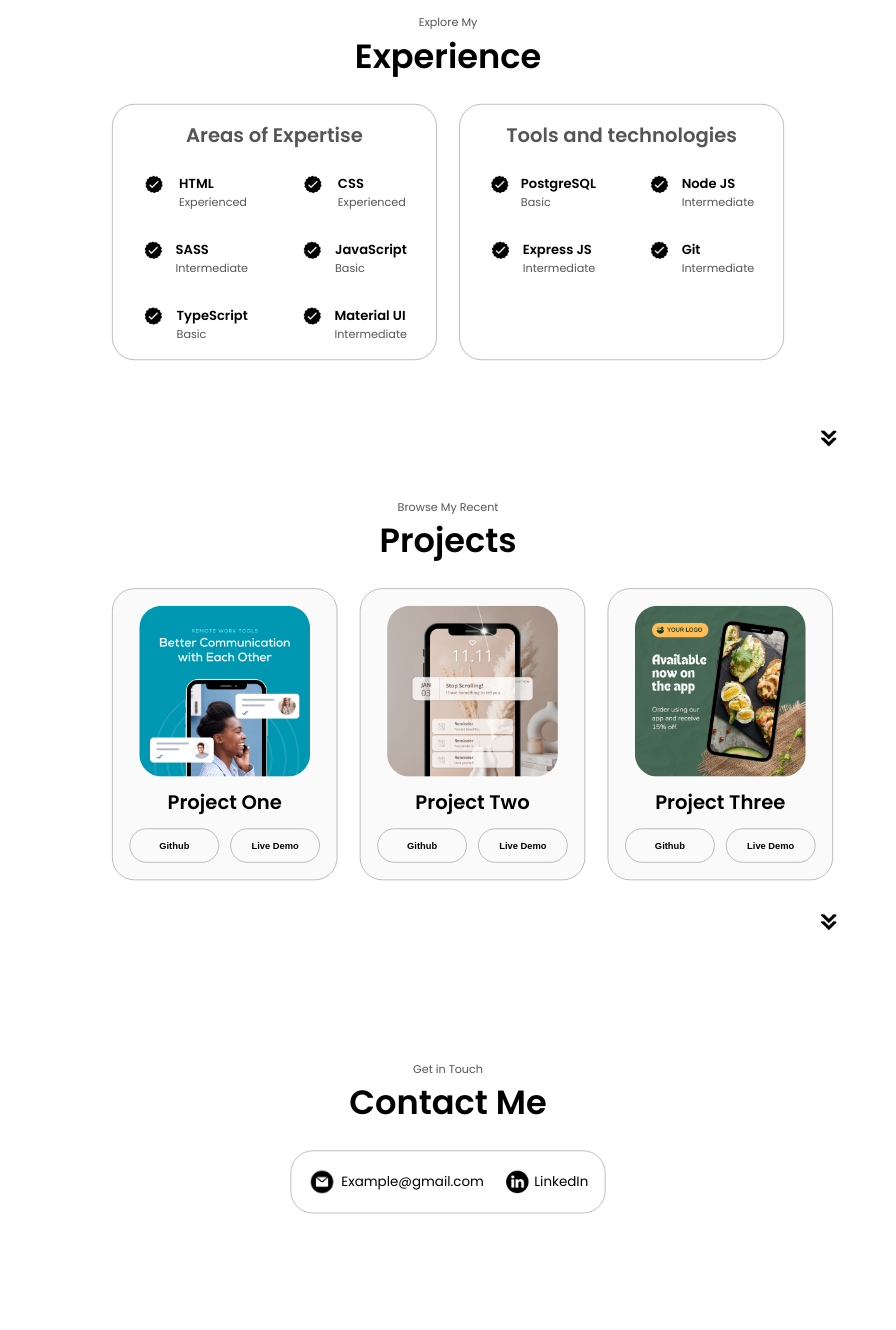
Repository: APersonalVoyage/APersonalVoyage.github.io
Page: index.html
The author's editor kept a copy of each file at every save. The page is drawn from the files as they stood at one save, then again after the next save.
The browser window is 1280 px wide. The pictures show the part of the page from y = 1399 to 3299 px (the page is 3463 px tall), at 70% of full size.
A picture or video elsewhere on the page could not be fetched, so the positions and the page height are approximate.

Above is the page before, as saved 2023-08-24 11:59:03.

### index.html
<!DOCTYPE html>
<html lang="en">
  <head>
    <meta charset="UTF-8" />
    <meta http-equiv="X-UA-Compatible" content="IE=edge" />
    <meta name="viewport" content="width=device-width, initial-scale=1.0" />
    <title>My Portfolio</title>
    <link rel="stylesheet" href="style.css" />
    <link rel="stylesheet" href="mediaqueries.css" />
  </head>
  <body>
    <nav id="desktop-nav">
      <div class="logo">Abhishek Karkola</div>
      <div>
        <ul class="nav-links">
          <li><a href="#about">About</a></li>
          <li><a href="#experience">Experience</a></li>
          <li><a href="#projects">Projects</a></li>
          <li><a href="#contact">Contact</a></li>
        </ul>
      </div>
    </nav>
    <nav id="hamburger-nav">
      <div class="logo">Abhishek Karkola</div>
      <div class="hamburger-menu">
        <div class="hamburger-icon" onclick="toggleMenu()">
          <span></span>
          <span></span>
          <span></span>
        </div>
        <div class="menu-links">
          <li><a href="#about" onclick="toggleMenu()">About</a></li>
          <li><a href="#experience" onclick="toggleMenu()">Experience</a></li>
          <li><a href="#projects" onclick="toggleMenu()">Projects</a></li>
          <li><a href="#contact" onclick="toggleMenu()">Contact</a></li>
        </div>
      </div>
    </nav>
    <section id = "profile">
        <div class="section__pic-container">
            <img src="./assets/Photo.jpeg" alt="profile" class="section__pic">
        </div>
        <div class= "section_text">
            <p class="section__text__p1">Hello, I'm</p>
        <h1 class="title">Abhishek Karkola</h1>
        <p class="section__text__p2">Gravitational Wave Physicist</p>
        <div class="btn-container">
            <button
              class="btn btn-color-2"
              onclick="window.open('./assets/Abhishek_Academic_CV.pdf')"
            >
              Download CV
            </button>
            <button class="btn btn-color-1" onclick="location.href='./#contact'">
              Contact Info
            </button>
          </div>
          <div id="socials-container">
            <img
            src="./assets/linkedin.png"
            alt="My LinkedIn profile"
            class="icon"
            onclick="location.href='https://linkedin.com/'"
          />
          <img
            src="./assets/github.png"
            alt="My Github profile"
            class="icon"
            onclick="location.href='https://github.com/'"
          />
        </div>
      </div>
          </div>

        </div>
    </section>
    <section id="about">
        <p class="section__text__p1">Get To Know More</p>
        <h1 class="title">About Me</h1>
        <div class="section-container">
          <div class="section__pic-container">
            <img
              src="./assets/Profile_Pic2.JPG"
              alt="Profile picture"
              class="about-pic"
            />
          </div>
          <div class="about-details-container">
            <div class="about-containers">
              <div class="details-container">
                <img
                  src="./assets/experience.png"
                  alt="Experience icon"
                  class="icon"
                />
                <h3>Experience</h3>
                <p>1+ years <br />Research Intern</p>
              </div>
              <div class="details-container">
                <img
                  src="./assets/education.png"
                  alt="Education icon"
                  class="icon"
                />
                <h3>Education</h3>
                <p>B.E. Electronics<br />M.Sc. GW Physics</p>
              </div>
            </div>
            <div class="text-container">
              <p>
                I hold a Masters degree in Gravitational Wave Physics from Cardiff University, where my academic journey led me to explore the captivating realms of cosmology, advanced general relativity, and numerical relativity. Prior to this, I earned a Bachelors degree in Electronics and Communication Engineering, where I developed a solid foundation in the intricate world of electronic systems and communication technologies
              </p>
            </div>
          </div>
        </div>
        <img
          src="./assets/arrow.png"
          alt="Arrow icon"
          class="icon arrow"
          onclick="location.href='./#experience'"
        />
    </section>
</section>
<section id="experience">
  <p class="section__text__p1">Explore My</p>
  <h1 class="title">Experience</h1>
  <div class="experience-details-container">
    <div class="about-containers">
      <div class="details-container">
        <h2 class="experience-sub-title">Areas of Expertise</h2>
        <div class="article-container">
          <article>
            <img
              src="./assets/checkmark.png"
              alt="Experience icon"
              class="icon"
            />
            <div>
              <h3>HTML</h3>
              <p>Experienced</p>
            </div>
          </article>
          <article>
            <img
              src="./assets/checkmark.png"
              alt="Experience icon"
              class="icon"
            />
            <div>
              <h3>CSS</h3>
              <p>Experienced</p>
            </div>
          </article>
          <article>
            <img
              src="./assets/checkmark.png"
              alt="Experience icon"
              class="icon"
            />
            <div>
              <h3>SASS</h3>
              <p>Intermediate</p>
            </div>
          </article>
          <article>
            <img
              src="./assets/checkmark.png"
              alt="Experience icon"
              class="icon"
            />
            <div>
              <h3>JavaScript</h3>
              <p>Basic</p>
            </div>
          </article>
          <article>
            <img
              src="./assets/checkmark.png"
              alt="Experience icon"
              class="icon"
            />
            <div>
              <h3>TypeScript</h3>
              <p>Basic</p>
            </div>
          </article>
          <article>
            <img
              src="./assets/checkmark.png"
              alt="Experience icon"
              class="icon"
            />
            <div>
              <h3>Material UI</h3>
              <p>Intermediate</p>
            </div>
          </article>
        </div>
      </div>
      <div class="details-container">
        <h2 class="experience-sub-title">Tools and technologies</h2>
        <div class="article-container">
          <article>
            <img
              src="./assets/checkmark.png"
              alt="Experience icon"
              class="icon"
            />
            <div>
              <h3>PostgreSQL</h3>
              <p>Basic</p>
            </div>
          </article>
          <article>
            <img
              src="./assets/checkmark.png"
              alt="Experience icon"
              class="icon"
            />
            <div>
              <h3>Node JS</h3>
              <p>Intermediate</p>
            </div>
          </article>
          <article>
            <img
              src="./assets/checkmark.png"
              alt="Experience icon"
              class="icon"
            />
            <div>
              <h3>Express JS</h3>
              <p>Intermediate</p>
            </div>
          </article>
          <article>
            <img
              src="./assets/checkmark.png"
              alt="Experience icon"
              class="icon"
            />
            <div>
              <h3>Git</h3>
              <p>Intermediate</p>
            </div>
          </article>
        </div>
      </div>
    </div>
  </div>
  <img
    src="./assets/arrow.png"
    alt="Arrow icon"
    class="icon arrow"
    onclick="location.href='./#projects'"
  />
</section>
<section id="projects">
    <p class="section__text__p1">Browse My Recent</p>
    <h1 class="title">Projects</h1>
    <div class="experience-details-container">
      <div class="about-containers">
        <div class="details-container color-container">
          <div class="article-container">
            <img
              src="./assets/project-1.png"
              alt="Project 1"
              class="project-img"
            />
          </div>
          <h2 class="experience-sub-title project-title">Project One</h2>
          <div class="btn-container">
            <button
              class="btn btn-color-2 project-btn"
              onclick="location.href='https://github.com/'"
            >
              Github
            </button>
            <button
              class="btn btn-color-2 project-btn"
              onclick="location.href='https://github.com/'"
            >
              Live Demo
            </button>
          </div>
        </div>
        <div class="details-container color-container">
          <div class="article-container">
            <img
              src="./assets/project-2.png"
              alt="Project 2"
              class="project-img"
            />
          </div>
          <h2 class="experience-sub-title project-title">Project Two</h2>
          <div class="btn-container">
            <button
              class="btn btn-color-2 project-btn"
              onclick="location.href='https://github.com/'"
            >
              Github
            </button>
            <button
              class="btn btn-color-2 project-btn"
              onclick="location.href='https://github.com/'"
            >
              Live Demo
            </button>
          </div>
        </div>
        <div class="details-container color-container">
          <div class="article-container">
            <img
              src="./assets/project-3.png"
              alt="Project 3"
              class="project-img"
            />
          </div>
          <h2 class="experience-sub-title project-title">Project Three</h2>
          <div class="btn-container">
            <button
              class="btn btn-color-2 project-btn"
              onclick="location.href='https://github.com/'"
            >
              Github
            </button>
            <button
              class="btn btn-color-2 project-btn"
              onclick="location.href='https://github.com/'"
            >
              Live Demo
            </button>
          </div>
        </div>
      </div>
    </div>
    <img
      src="./assets/arrow.png"
      alt="Arrow icon"
      class="icon arrow"
      onclick="location.href='./#projects'"
    />
  </section>
  <section id="contact">
    <p class="section__text__p1">Get in Touch</p>
    <h1 class="title">Contact Me</h1>
    <div class="contact-info-upper-container">
      <div class="contact-info-container">
        <img
          src="./assets/email.png"
          alt="Email icon"
          class="icon contact-icon email-icon"
        />
        <p><a href="mailto:examplemail@gmail.com">Example@gmail.com</a></p>
      </div>
      <div class="contact-info-container">
        <img
          src="./assets/linkedin.png"
          alt="LinkedIn icon"
          class="icon contact-icon"
        />
        <p><a href="https://www.linkedin.com">LinkedIn</a></p>
      </div>
    </div>
  </section>
  <footer>
    <nav>
      <div class="nav-links-container">
        <ul class="nav-links">
          <li><a href="#about">About</a></li>
          <li><a href="#experience">Experience</a></li>
          <li><a href="#projects">Projects</a></li>
          <li><a href="#contact">Contact</a></li>
        </ul>
      </div>
    </nav>
    <p>Copyright &#169; 2023 John Doe. All Rights Reserved.</p>
  </footer>
  <script src="script.js"></script>
</body>
</html>

### style.css
/* GENERAL */

@import url("https://fonts.googleapis.com/css2?family=Poppins:wght@300;400;500;600&display=swap");

* {
  margin: 0;
  padding: 0;
}

body {
  font-family: "Poppins", sans-serif;
}

html {
  scroll-behavior: smooth;
}

p {
  color: rgb(85, 85, 85);
}

/* TRANSITION */

a,
.btn {
  transition: all 300ms ease;
}

/* DESKTOP NAV */

nav,
.nav-links {
  display: flex;
}

nav {
  justify-content: space-around;
  align-items: center;
  height: 17vh;
}

.nav-links {
  gap: 2rem;
  list-style: none;
  font-size: 1.5rem;
}

a {
  color: black;
  text-decoration: none;
  text-decoration-color: white;
}

a:hover {
  color: grey;
  text-decoration: underline;
  text-underline-offset: 1rem;
  text-decoration-color: rgb(181, 181, 181);
}

.logo {
  font-size: 2rem;
}

.logo:hover {
  cursor: default;
}

/* HAMBURGER MENU */

#hamburger-nav {
  display: none;
}

.hamburger-menu {
  position: relative;
  display: inline-block;
}

.hamburger-icon {
  display: flex;
  flex-direction: column;
  justify-content: space-between;
  height: 24px;
  width: 30px;
  cursor: pointer;
}

.hamburger-icon span {
  width: 100%;
  height: 2px;
  background-color: black;
  transition: all 0.3 ease-in-out;
}

.menu-links {
  position: absolute;
  top: 100%;
  right: 0;
  background-color: white;
  width: fit-content;
  max-height: 0;
  overflow: hidden;
  transition: all 0.3 ease-in-out;
}

.menu-links a {
  display: block;
  padding: 10px;
  text-align: center;
  font-size: 1.5rem;
  color: black;
  text-decoration: none;
  transition: all 0.3 ease-in-out;
}

.menu-links li {
  list-style: none;
}

.menu-links.open {
  max-height: 300px;
}

.hamburger-icon.open span:first-child {
  transform: rotate(45deg) translate(10px, 5px);
}

.hamburger-icon.open span:nth-child(2) {
  opacity: 0;
}

.hamburger-icon.open span:last-child {
  transform: rotate(-45deg) translate(10px, -5px);
}

.hamburger-icon span:first-child {
  transform: none;
}

.hamburger-icon span:first-child {
  opacity: 1;
}

.hamburger-icon span:first-child {
  transform: none;
}

/* SECTIONS */

section {
    padding-top: 4vh;
    height: 96vh;
    margin: 0 10rem;
    box-sizing: border-box;
    min-height: fit-content;
  }

  .section-container {
    display: flex;
  }

  /* PROFILE SECTION */

  #profile {
    display: flex;
    justify-content: center;
    gap: 5rem;
    height: 80vh;
  }

  .section__pic-container {
    display: flex;
    height: 400px;
    width: 400px;
    margin: auto 0;
  }

  .section__text {
    align-self: center;
    text-align: center;
  }

  .section__text p {
    font-weight: 600;
  }

  .section__text__p1 {
    text-align: center;
  }

  .section__text__p2 {
    font-size: 1.75rem;
    margin-bottom: 1rem;
  }

  .title {
    font-size: 3rem;
    text-align: center;
  }

  #socials-container {
    display: flex;
    justify-content: center;
    margin-top: 1rem;
    gap: 1rem;
  }

  /* ICONS */

  .icon {
    cursor: pointer;
    height: 2rem;
  }

  /* BUTTONS */

.btn-container {
    display: flex;
    justify-content: center;
    gap: 1rem;
  }

  .btn {
    font-weight: 600;
    transition: all 300ms ease;
    padding: 1rem;
    width: 8rem;
    border-radius: 2rem;
  }

  .btn-color-1,
  .btn-color-2 {
    border: rgb(53, 53, 53) 0.1rem solid;
  }

  .btn-color-1:hover,
  .btn-color-2:hover {
    cursor: pointer;
  }

  .btn-color-1,
  .btn-color-2:hover {
    background: rgb(53, 53, 53);
    color: white;
  }

  .btn-color-1:hover {
    background: rgb(0, 0, 0);
  }

  .btn-color-2 {
    background: none;
  }

  .btn-color-2:hover {
    border: rgb(255, 255, 255) 0.1rem solid;
  }

  .btn-container {
    gap: 1rem;
  }

  /* ABOUT SECTION */

#about {
    position: relative;
  }

  .about-containers {
    gap: 2rem;
    margin-bottom: 2rem;
    margin-top: 2rem;
  }

  .about-details-container {
    justify-content: center;
    flex-direction: column;
  }

  .about-containers,
  .about-details-container {
    display: flex;
  }

  .about-pic {
    border-radius: 2rem;
  }

  .arrow {
    position: absolute;
    right: -5rem;
    bottom: 2.5rem;
  }

  .details-container {
    padding: 1.5rem;
    flex: 1;
    background: white;
    border-radius: 2rem;
    border: rgb(53, 53, 53) 0.1rem solid;
    border-color: rgb(163, 163, 163);
    text-align: center;
  }

  .section-container {
    gap: 4rem;
    height: 80%;
  }

  .section__pic-container {
    height: 400px;
    width: 400px;
    margin: auto 0;
  }

  /* EXPERIENCE SECTION */

#experience {
    position: relative;
  }

  .experience-sub-title {
    color: rgb(85, 85, 85);
    font-weight: 600;
    font-size: 1.75rem;
    margin-bottom: 2rem;
  }

  .experience-details-container {
    display: flex;
    justify-content: center;
    flex-direction: column;
  }

  .article-container {
    display: flex;
    text-align: initial;
    flex-wrap: wrap;
    flex-direction: row;
    gap: 2.5rem;
    justify-content: space-around;
  }

  article {
    display: flex;
    width: 10rem;
    justify-content: space-around;
    gap: 0.5rem;
  }

  article .icon {
    cursor: default;
  }

  /* PROJECTS SECTION */

  #projects {
    position: relative;
  }

  .color-container {
    border-color: rgb(163, 163, 163);
    background: rgb(250, 250, 250);
  }

  .project-img {
    border-radius: 2rem;
    width: 90%;
    height: 90%;
  }

  .project-title {
    margin: 1rem;
    color: black;
  }

  .project-btn {
    color: black;
    border-color: rgb(163, 163, 163);
  }

  /* CONTACT */

  #contact {
    display: flex;
    justify-content: center;
    flex-direction: column;
    height: 70vh;
  }

  .contact-info-upper-container {
    display: flex;
    justify-content: center;
    border-radius: 2rem;
    border: rgb(53, 53, 53) 0.1rem solid;
    border-color: rgb(163, 163, 163);
    background: (250, 250, 250);
    margin: 2rem auto;
    padding: 0.5rem;
  }

  .contact-info-container {
    display: flex;
    align-items: center;
    justify-content: center;
    gap: 0.5rem;
    margin: 1rem;
  }

  .contact-info-container p {
    font-size: larger;
  }

  .contact-icon {
    cursor: default;
  }

  .email-icon {
    height: 2.5rem;
  }

  /* FOOTER SECTION */

  footer {
    height: 26vh;
    margin: 0 1rem;
  }

  footer p {
    text-align: center;
  }

### mediaqueries.css


  @media screen and (max-width: 1200px) {
    #desktop-nav {
      display: none;
    }
    #hamburger-nav {
      display: flex;
    }

    #experience,
  .experience-details-container {
    margin-top: 2rem;
  }
  #profile,
  .section-container {
    display: block;
  }
  .arrow {
    display: none;
  }
  section,
  .section-container {
    height: fit-content;
  }
  section {
    margin: 0 5%;
  }
  .section__pic-container {
    width: 275px;
    height: 275px;
    margin: 0 auto 2rem;
  }
  .about-containers {
    margin-top: 0;
  }
}

@media screen and (max-width: 600px) {
  #contact,
  footer {
    height: 40vh;
  }
  #profile {
    height: 83vh;
    margin-bottom: 0;
  }
  article {
    font-size: 1rem;
  }
  footer nav {
    height: fit-content;
    margin-bottom: 2rem;
  }
  .about-containers,
  .contact-info-upper-container,
  .btn-container {
    flex-wrap: wrap;
  }
  .contact-info-container {
    margin: 0;
  }
  .contact-info-container p,
  .nav-links li a {
    font-size: 1rem;
  }
  .experience-sub-title {
    font-size: 1.25rem;
  }
  .logo {
    font-size: 1.5rem;
  }
  .nav-links {
    flex-direction: column;
    gap: 0.5rem;
    text-align: center;
  }
  .section__pic-container {
    width: auto;
    height: 46vw;
    justify-content: center;
  }
  .section__text__p2 {
    font-size: 1.25rem;
  }
  .title {
    font-size: 2rem;
  }
  .text-container {
    text-align: justify;
  }
}

Loaded but not shown: script.js (common file)

After the next save:
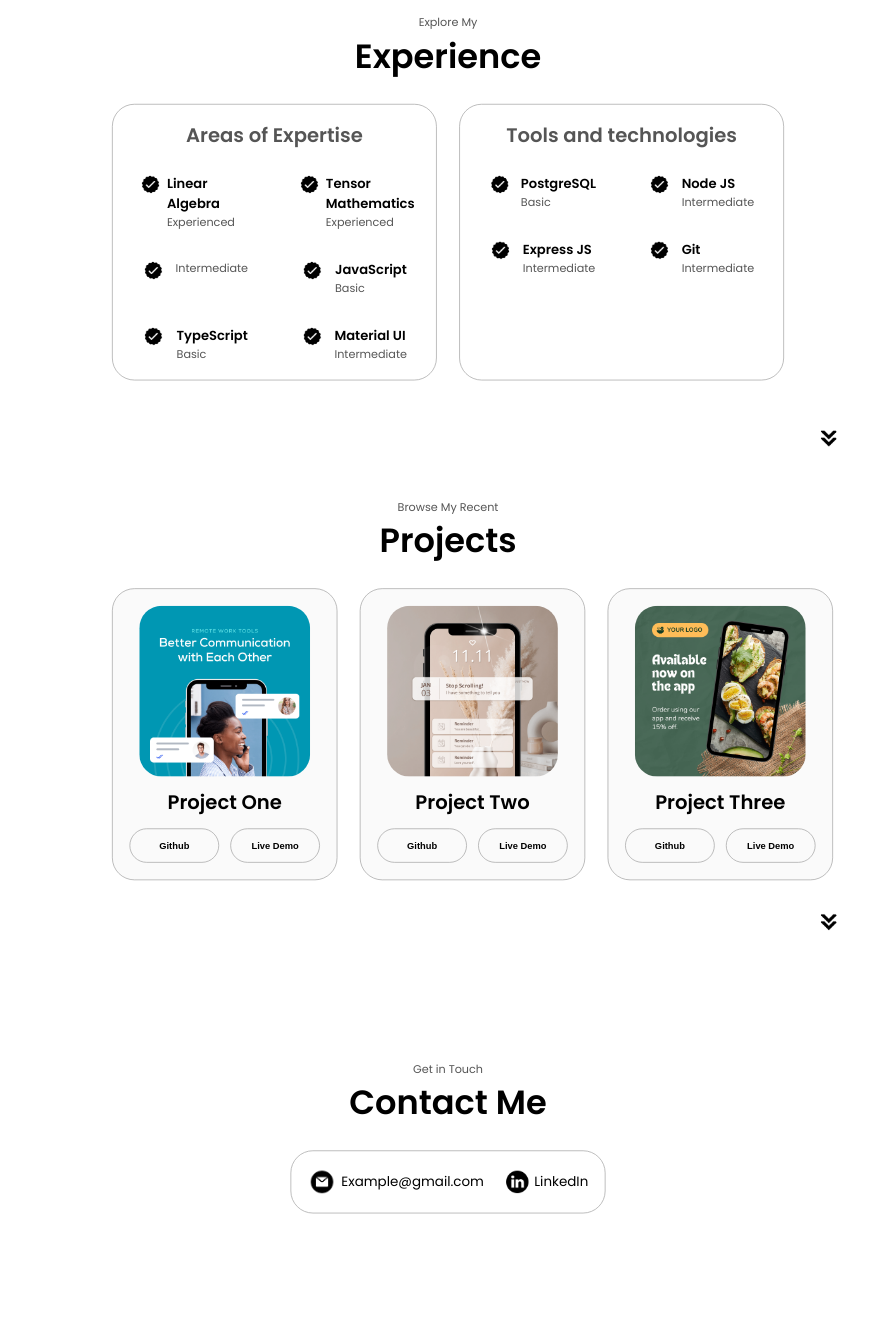
Saved 57 s later.
--- a/index.html
+++ b/index.html
@@ -136,7 +136,7 @@
               class="icon"
             />
             <div>
-              <h3>HTML</h3>
+              <h3>Linear Algebra</h3>
               <p>Experienced</p>
             </div>
           </article>
@@ -147,7 +147,7 @@
               class="icon"
             />
             <div>
-              <h3>CSS</h3>
+              <h3>Tensor Mathematics</h3>
               <p>Experienced</p>
             </div>
           </article>
@@ -158,7 +158,7 @@
               class="icon"
             />
             <div>
-              <h3>SASS</h3>
+              <h3></h3>
               <p>Intermediate</p>
             </div>
           </article>
